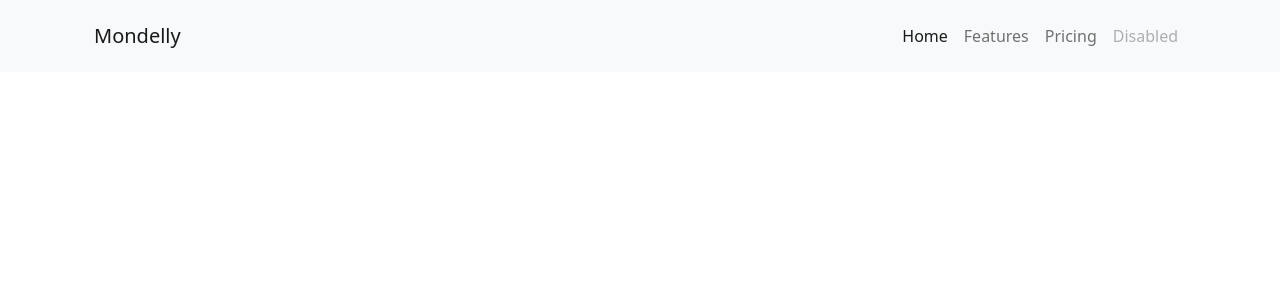
Repository: LifeInClouds/Mondelly
Page: index.html
The author's editor kept a copy of each file at every save. The page is drawn from the files as they stood at one save, then again after the next save.
The browser window is 1280 px wide. The pictures show the whole page.

Above is the page before, as saved 2022-05-02 12:23:39.

After the next save:
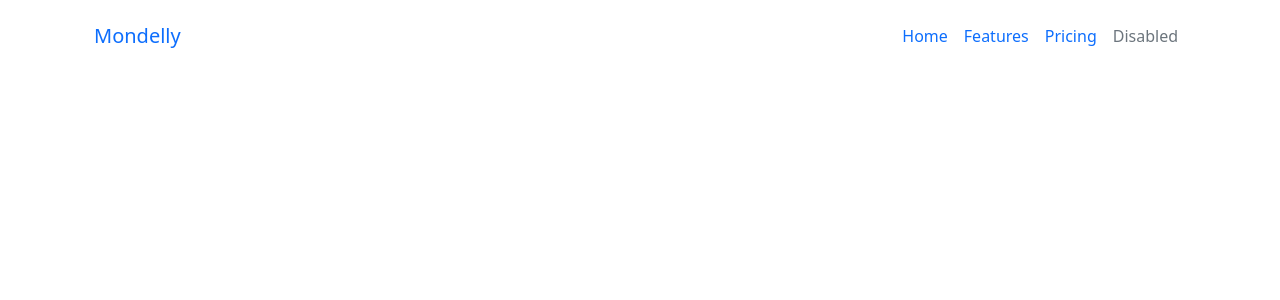
Saved 8 s later.
--- a/index.html
+++ b/index.html
@@ -12,7 +12,7 @@
   </head>
   <body>
         <!--==NAV BAR==-->
-        <nav class="navbar navbar-light bg-light">
+        <nav class="navbar">
             <div class="container-fluid">
                 <div class="container">
                     <nav class="navbar navbar-expand-lg">
